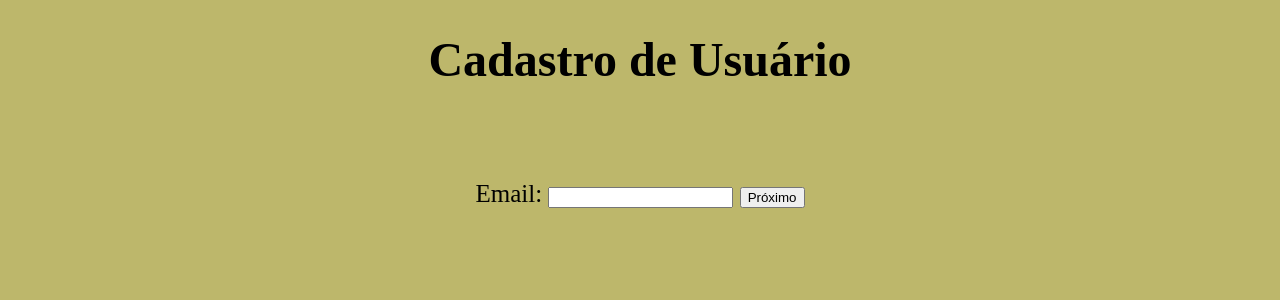
Repository: yoda4ever/playground
Page: http://localhost/Mod06_ex02B/tela1.jsp
These files come from the project's save history. The page is drawn as it stood at one moment and after the next save; the edit follows.
The browser window is 1280 px wide. The pictures show the whole page.
The page is served by Tomcat 9.

Above is the page before, as saved 2017-05-06 15:48:39.

After the next save:
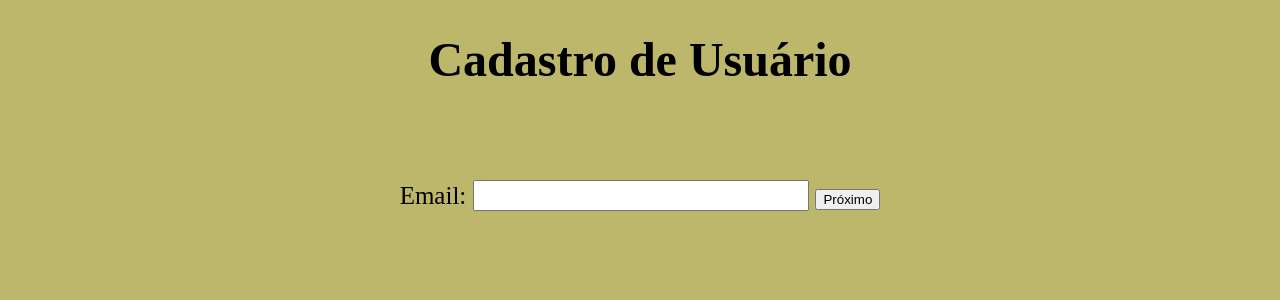
Saved 75 s later.
--- a/Mod06_ex02B/WebContent/tela1.jsp
+++ b/Mod06_ex02B/WebContent/tela1.jsp
@@ -18,11 +18,10 @@
 
 		<center>
 			<form action="Cadastrar" method="post">
-				<input type="hidden" name="pagina" value="1"
-				style="height: 25px; width: 26%; font-size: 26px;">
+				<input type="hidden" name="pagina" value="1">
 
 				<p style="font-size: 25px;font-family: cursive;"> Email:
-					<input type="text" maxlength="35" name="email">
+					<input type="text" maxlength="35" name="email" style="height: 25px; width: 26%; font-size: 26px;">
 					<button>Próximo</button>
 				</p>
 			</form>
